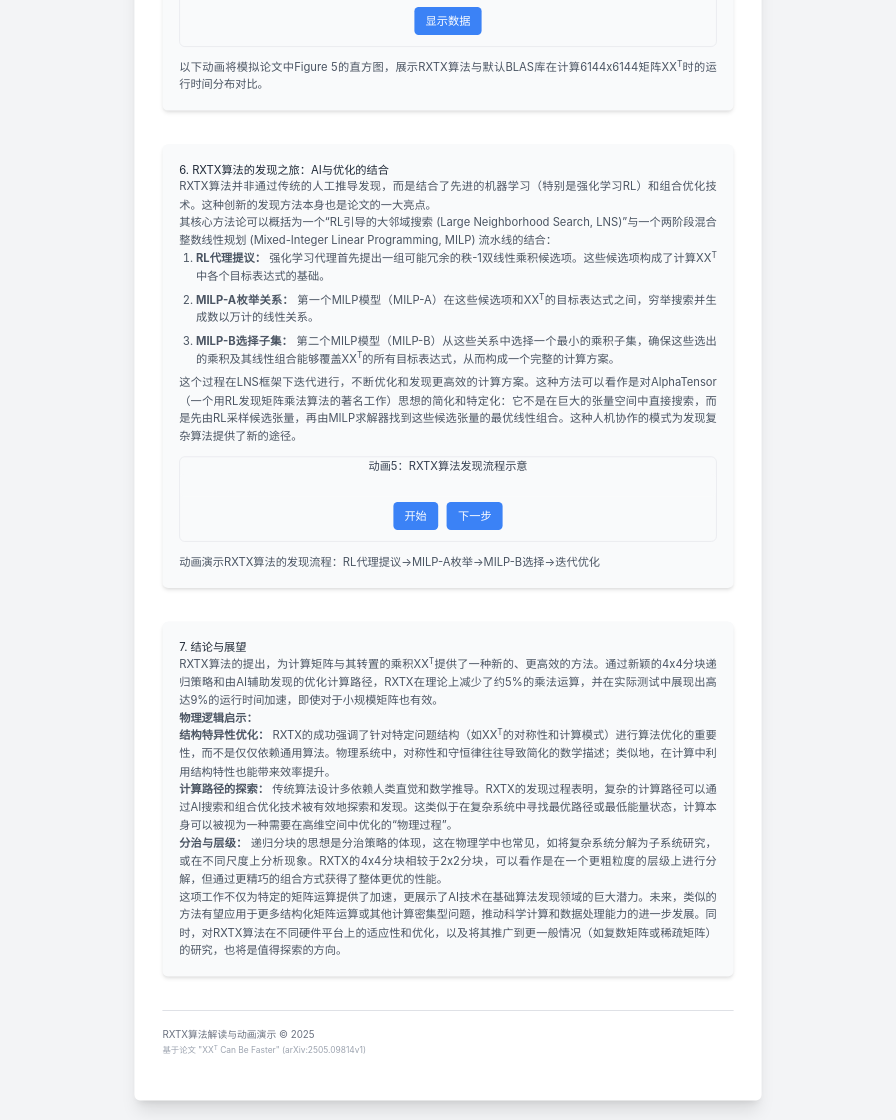
Repository: james130012/newcline
Page: useful/6.新矩阵乘法.html
The author's editor kept a copy of each file at every save. The page is drawn from the files as they stood at one save, then again after the next save.
The browser window is 1280 px wide. The pictures show the part of the page from y = 3720 to 5640 px (the page is 5320 px tall before and 5640 px after), at 70% of full size.
Some web libraries are served in a nearby version.

Above is the page before, as saved 2025-05-17 16:57:33.
Console error: TypeError: Cannot read properties of null (reading 'update')

After the next save:
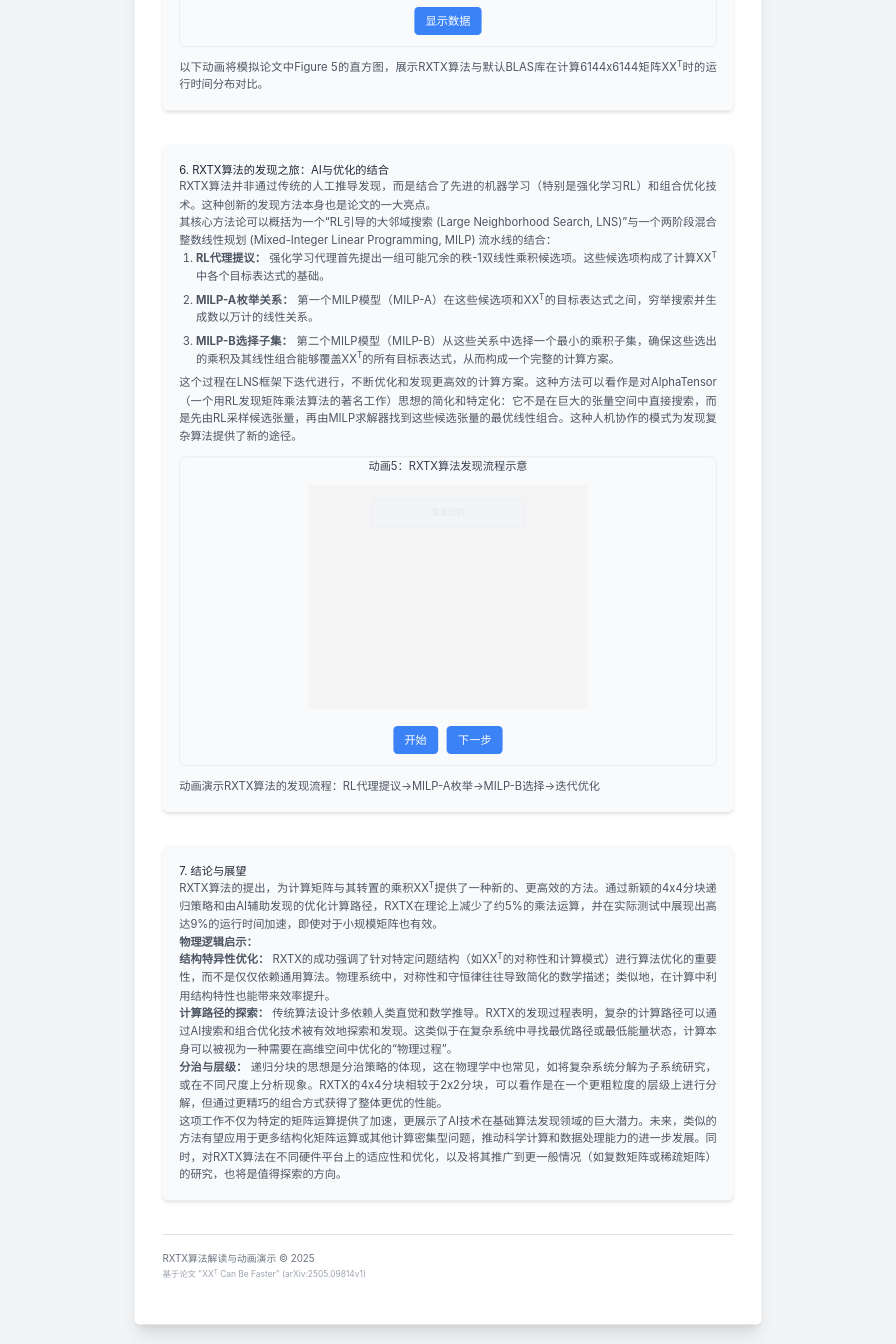
The error is gone.
Saved 2 min 55 s later.
--- a/useful/6.新矩阵乘法.html
+++ b/useful/6.新矩阵乘法.html
@@ -500,7 +500,6 @@ function createChart4() {
         });
     }; // Close createChart4 function
     // 删除重复的dataset定义
-    chart4Instance.update();
     document.getElementById('playBtn4').onclick = createChart4;
     // createChart4(); // Initial draw - called by user click
 
